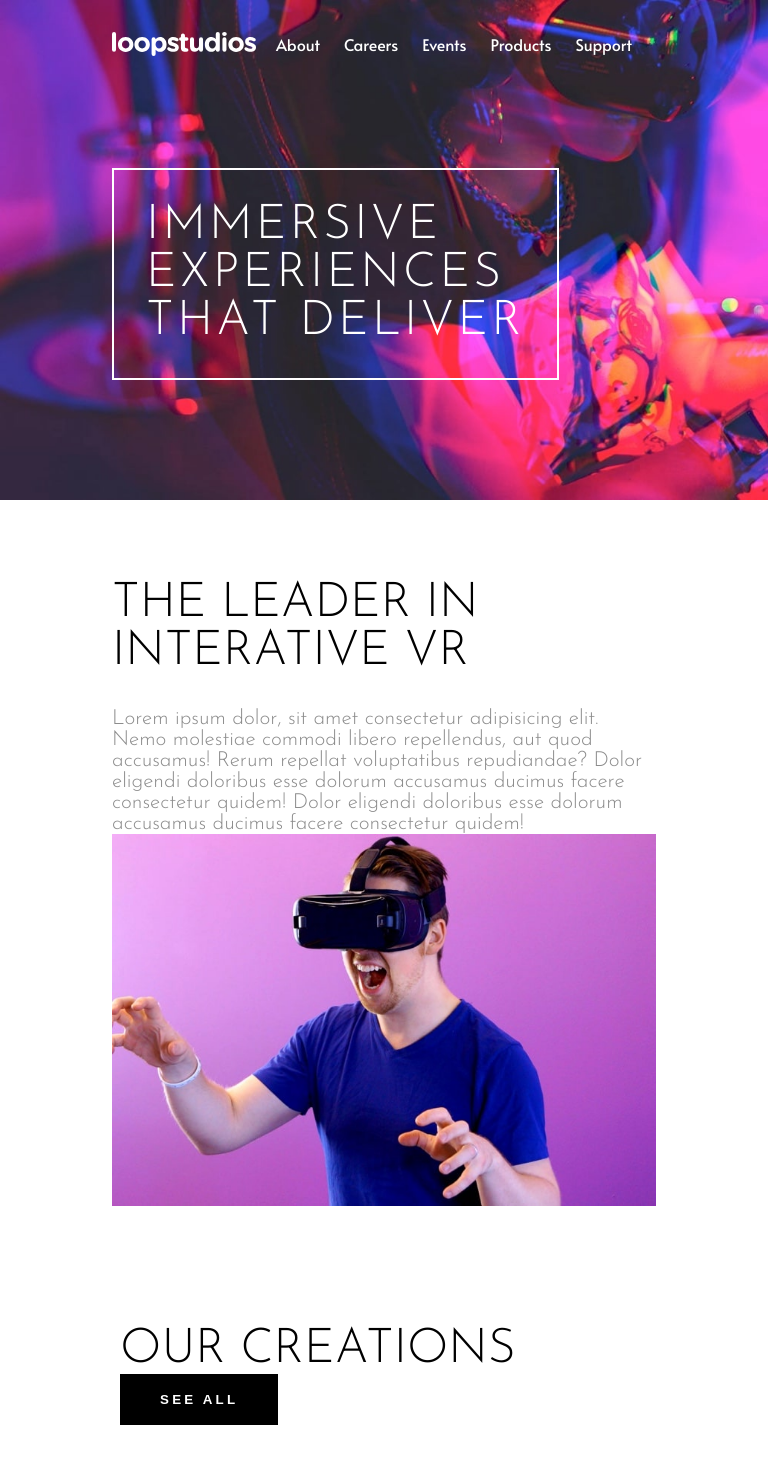
Repository: gligor99/loopstudios-fm
Page: /
These files come from the project's save history. The page is drawn as it stood at one moment and after the next save; the edit follows.
The browser window is 768 px wide. The pictures show the part of the page from y = 0 to 1481 px (the page is 6260 px tall before and 6244 px after).
Pictures or frames that could not be fetched are drawn as grey boxes. Backgrounds fixed to the window are drawn as part of the page. The project was rebuilt for these pictures with package versions that can differ from the ones it lists, and the page was loaded fresh each time.

Above is the page before, as saved 2021-11-28 22:19:50.

After the next save:
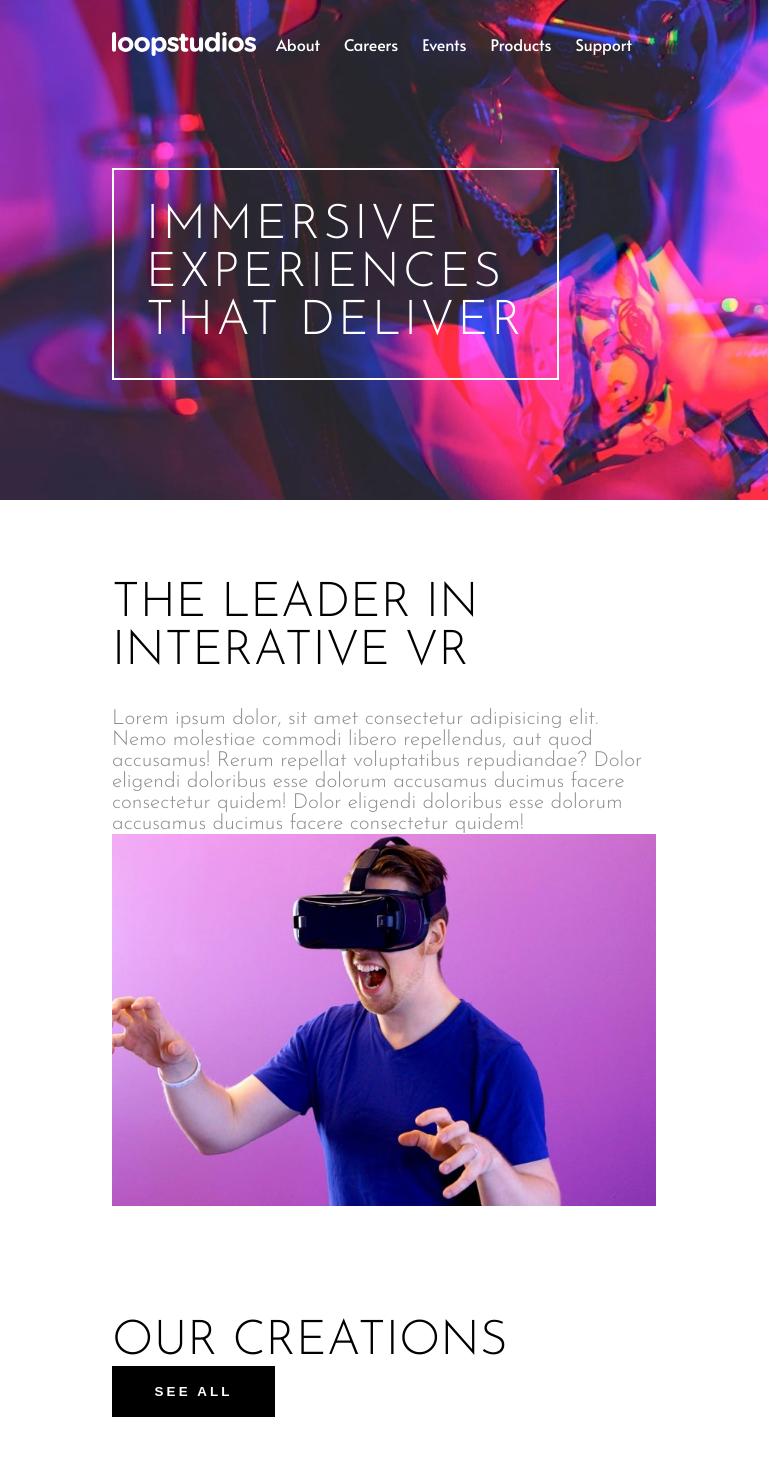
Saved 5 s later.
--- a/src/components/Creations/creations.css
+++ b/src/components/Creations/creations.css
@@ -44,7 +44,6 @@
   .creation-header{
     flex-direction: column;
     justify-content: center;
-    margin: 0.5rem;
   }
   .creation-btn {
     padding: 1rem;
